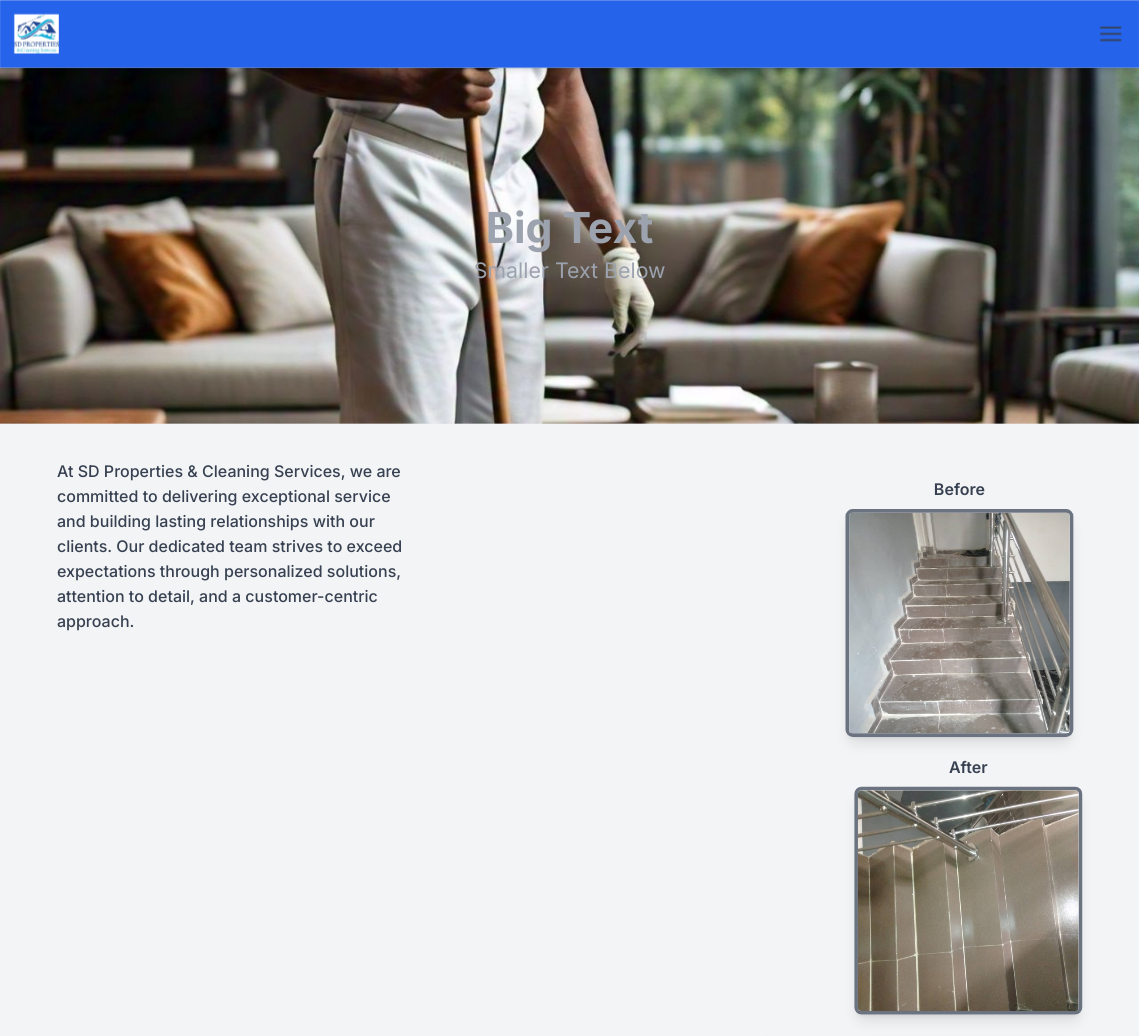
Repository: devmskhan/sdpropandclean
Page: /
These files come from the project's save history. The page is drawn as it stood at one moment and after a run of saves; the edit follows.
The browser window is 1280 px wide. The pictures show the whole page, at 89% of full size.
The project was rebuilt for these pictures with package versions that can differ from the ones it lists, and the page was loaded fresh each time. The framework's server and built-in components were replaced by stand-ins that run in the browser. Also part of the build but not shown: next.config.mjs.

Above is the page before, as saved 2024-09-03 13:11:14.

After the next 12 saves:
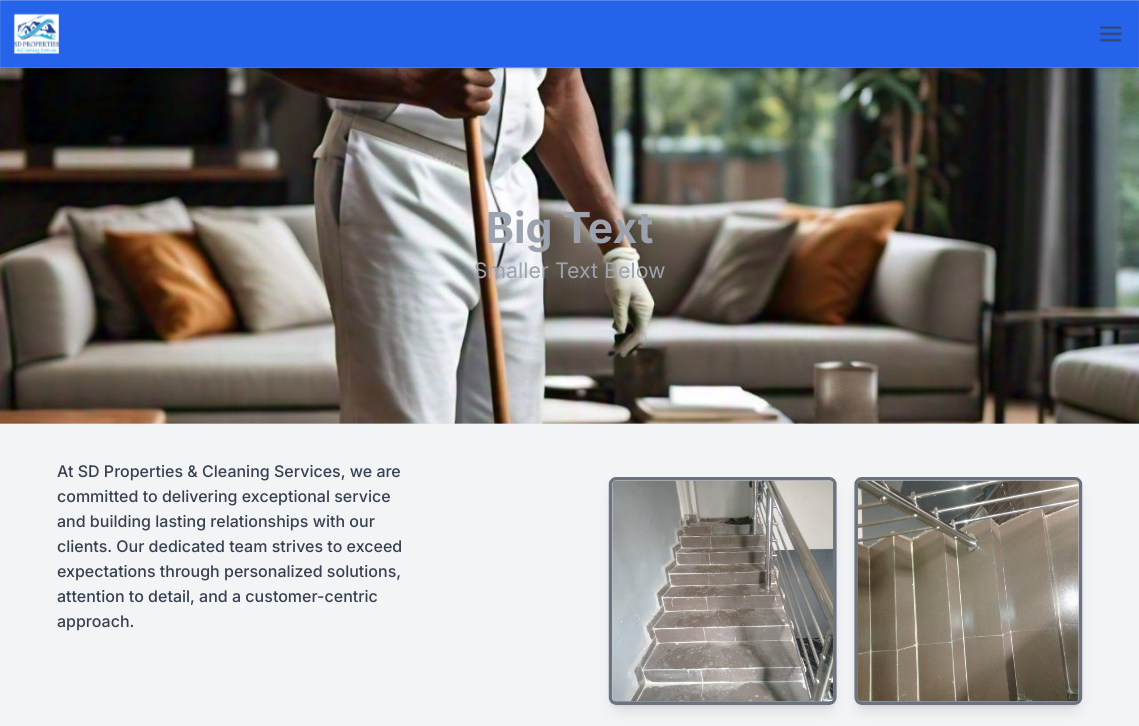
The 12 saves are shown as one change because 2 did not build or start and some came seconds apart.
The last was saved 89 s later.
--- a/components/Body.tsx
+++ b/components/Body.tsx
@@ -28,19 +28,10 @@ function Body() {
       At SD Properties & Cleaning Services, we are committed to delivering exceptional service and building lasting relationships with our clients. Our dedicated team strives to exceed expectations through personalized solutions, attention to detail, and a customer-centric approach.
     </p>
   </div>
-  <div className="flex flex-col items-center mt-4 mr-10 space-x-5">
-  {/* First Image with "Before" text */}
-  <div className="mt-5 text-center">
-    <span className="block mb-2 text-lg font-semibold text-gray-700">Before</span>
-    <img src="stairsb.jpg" alt="Top Image" className="w-64 h-64 rounded-lg shadow-lg border-gray-500 border-solid border-4" />
+  <div className="flex space-x-5 mt-4 mr-10">
+  <img src="stairsb.jpg" alt="Top Image" className="mt-5 w-64 h-64 rounded-lg shadow-lg border-gray-500 border-solid border-4" />
+  <img src="stairsaft.jpg" alt="Bottom Image" className="mt-5 w-64 h-64 rounded-lg shadow-lg border-gray-500 border-solid border-4" />
   </div>
-
-  {/* Second Image with "After" text */}
-  <div className="mt-5 text-center">
-    <span className="block mb-2 text-lg font-semibold text-gray-700">After</span>
-    <img src="stairsaft.jpg" alt="Bottom Image" className="w-64 h-64 rounded-lg shadow-lg border-gray-500 border-solid border-4" />
-  </div>
-</div>
 </div>
 
 
